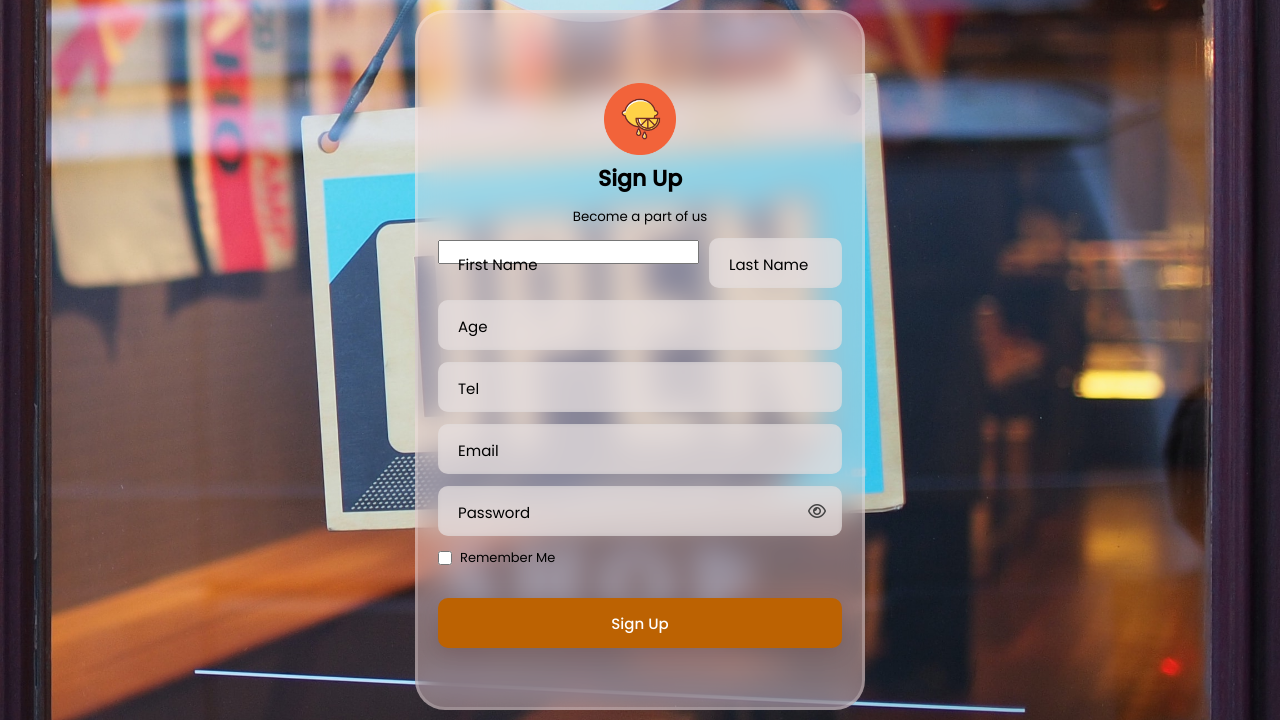
Repository: MauDucKG/BigFarm
Page: http://localhost/BigFarm/views/main/register/index.php?page=main&controller=register&action=submit
These files come from the project's save history. The page is drawn as it stood at one moment and after the next save; the edit follows.
The browser window is 1280 px wide. The pictures show the whole page.
Some web libraries are served in a nearby version. The page is run by PHP 8.4 with error messages shown; the project is at /var/www/html/.

Above is the page before, as saved 2023-04-26 20:29:16.

### views/main/register/index.php
<!DOCTYPE html>
<html lang="en">

<head>
	<meta charset="utf-8">
	<meta name="viewport" content="width=device-width, initial-scale=1">
	<title>Register</title>
	<!-- <link href="https://cdn.jsdelivr.net/npm/bootstrap@5.2.2/dist/css/bootstrap.min.css" rel="stylesheet" integrity="sha384-Zenh87qX5JnK2Jl0vWa8Ck2rdkQ2Bzep5IDxbcnCeuOxjzrPF/et3URy9Bv1WTRi" crossorigin="anonymous"> -->
	<link rel="stylesheet" href="assets/stylesheets/register.css">
    <script src="https://kit.fontawesome.com/4ccf3877a2.js" crossorigin="anonymous"></script>
    <!-- <style>
        @import url('https://fonts.googleapis.com/css2?family=Poppins:wght@400;500&display=swap');
body{
    background: url("https://images.unsplash.com/photo-1472851294608-062f824d29cc?ixlib=rb-4.0.3&ixid=MnwxMjA3fDB8MHxwaG90by1wYWdlfHx8fGVufDB8fHx8&auto=format&fit=crop&w=2304&q=80");
    background-size: cover;
    background-position: center;
    background-repeat: no-repeat;
    background-attachment: fixed;
}
*{
    margin: 0;
    padding: 0;
    box-sizing: border-box;
    font-family: 'Poppins',sans-serif;
}
.wrapper{
    display: flex;
    justify-content: center;
    align-items: center;
    min-height: 100vh;
    width: 100%;
}
.box{
    display: flex;
    flex-direction: row;
    position: relative;
    padding: 60px 20px 30px 20px;
    height: 700px;
    width: 450px;
    background-color: rgba(255, 220, 220, 0.4);
    border-radius: 30px;
    -webkit-backdrop-filter: blur(15px);
    backdrop-filter: blur(15px);
    border: 3px solid rgba(255, 255, 255, 0.2);
    overflow: hidden;
}
.box-register{
    position: absolute;
    width: 85%;
    right: -350px;
    transition: .5s ease-in-out;
}
.top-header{
    text-align: center;
    margin: 10px auto;
}
.top-header h3{
    font-size: 22px;
    font-weight: 600;
    margin-bottom: 8px;
}
.input-group{
    width: 100%;
}
.input-field{
    width: 100%;
    margin-bottom: 12px;
    position: relative;
}
.input-box{
    width: 100%;
    height: 50px;
    font-size: 15px;
    color: #040404;
    border: none;
    border-radius: 10px;
    padding: 7px 45px 0 20px;
    background: rgba(224, 223, 223, 0.6);
    -webkit-backdrop-filter: blur(2px);
    backdrop-filter: blur(2px);
    outline: none;
}
.input-field label{
    position: absolute;
    left: 20px;
    top: 15px;
    font-size: 15px;
    transition: .3s ease-in-out;
}
.input-box:focus ~ label,.input-box:valid ~ label{
    top: 2px;
    font-size: 10px;
    color: #c12828;
    font-weight: 500;
}
.eye-area{
    position: absolute;
    top: 25px;
    right: 25px;
}
.eye-box{
    display: flex;
    justify-content: center;
    align-items: center;
    position: relative;
}
i{
    position: absolute;
    color: #444444;
    cursor: pointer;
}
#eye,#eye-2{
    opacity: 1;
}
#eye-slash,#eye-slash-2{
    opacity: 0;
}
.remember{
    display: flex;
    font-size: 13px;
    margin: 12px 0 30px 0;
    color: #000;
}
.check{
    margin-right: 8px;
    width: 14px;
}
.input-submit{
    width: 100%;
    height: 50px;
    font-size: 15px;
    font-weight: 500;
    border: none;
    border-radius: 10px;
    background: #bc6202;
    color: #fff;
    box-shadow: 0px 4px 20px rgba(62, 9, 9, 0.145);
    cursor: pointer;
    transition: .4s;
}
.input-submit:hover{
    background: #db3e00;
    box-shadow: 0px 4px 20px rgba(62, 9, 9, 0.32);
}
#btn{
    position: absolute;
    bottom: 0;
    left: 0;
    width: 145px;
    height: 50px;
    background: #cccccd;
    border-radius: 10px;
    box-shadow: 2px 0px 12px rgba(0, 0, 0, 0.1);
    transition: .5s ease-in-out;
}
.name-box{
    display: flex;
    column-gap: 10px;
}
.name-box .input-box{
    width: 100%;
}
.name-box .input-field{
    width: 100%;
}
    </style> -->
</head>

<body>
    <div class="wrapper">
        <div class="box">
        <form action="index.php?page=main&controller=register&action=submit" method="POST" class="text-right">
            <div class="register-box" id="regUser">
                <div class="top-header">
                    <img src="assets/images/team_logo.png" alt="" width="72" height="72">
                    <h3>Sign Up</h3>
                    <small>Become a part of us</small>
                </div>
                <div class="input-group">
                    <div class="name-box">
                        <div class="input-field">
                            <input type="text" id="fname" name="fmane" required>
                            <label for="regUser">First Name</label>
                        </div>
                        <div class="input-field">
                            <input type="text" class="input-box" id="regUser" required>
                            <label for="regUser">Last Name</label>
                        </div>
                    </div>
                    <div class="input-field">
                        <input type="text" class="input-box" id="regUser" required>
                        <label for="regUser">Age</label>
                    </div>
                    <div class="input-field">
                        <input type="text" class="input-box" id="regUser" required>
                        <label for="regUser">Tel</label>
                    </div>
                    <div class="input-field">
                        <input type="text" class="input-box" id="email" name="email" required>
                        <label for="regUser">Email</label>
                    </div>
                    <div class="input-field">
                        <input type="password" class="input-box" id="pass" name="pass" required>
                        <label for="regPassword">Password</label>
                         <div class="eye-area">
                                <div class="eye-box" onclick="myRegPassword()">
                                    <i class="fa-regular fa-eye" id="eye-2"></i>
                                    <i class="fa-regular fa-eye-slash" id="eye-slash-2"></i>
                                </div>
                         </div>
                    </div>
                        <!-- <div class="input-field">
                            <input type="text" class="input-box" id="regUser" required>
                            <label for="regUser">Telephone number</label> -->
                        <!-- </div>
                        <div class="input-field">
                            <input type="radio" class="input-box" id="regUser" required>
                            <label for="regUser">Male</label>
                        </div>
                        <div class="input-field">
                            <input type="radio" class="input-box" id="regUser" required>
                            <label for="regUser">Female</label>
                        </div> -->
                    <div class="remember">
                        <input type="checkbox" id="formCheck-2" class="check">
                        <label for="formCheck-2">Remember Me</label>
                    </div>
                    <div class="input-field">
                        <input type="submit" class="input-submit" value="Sign Up">
                    </div>
                </div>
          </div>
        </form>
        </div>
    </div>
    <script>
        function myRegPassword(){
            var d = document.getElementById('regPassword');
            var b = document.getElementById("eye-2");
            var c = document.getElementById("eye-slash-2");
            if(d.type === "password"){
                d.type = "text"
                b.style.opacity = "0";
                c.style.opacity = "1";
            }else{
                d.type = "password"
                b.style.opacity = "1";
                c.style.opacity = "0";
            }
        }
    </script>
</body>

</html>

### assets/stylesheets/register.css
@import url('https://fonts.googleapis.com/css2?family=Poppins:wght@400;500&display=swap');
body{
    background: url("/BigFarm/assets/images/mike-petrucci-c9FQyqIECds-unsplash.jpg");
    background-size: cover;
    background-position: center;
    background-repeat: no-repeat;
    background-attachment: fixed;
}
*{
    margin: 0;
    padding: 0;
    box-sizing: border-box;
    font-family: 'Poppins',sans-serif;
}
.wrapper{
    display: flex;
    justify-content: center;
    align-items: center;
    min-height: 100vh;
    width: 100%;
}
.box{
    display: flex;
    flex-direction: row;
    position: relative;
    padding: 60px 20px 30px 20px;
    height: 700px;
    width: 450px;
    background-color: rgba(255, 220, 220, 0.4);
    border-radius: 30px;
    -webkit-backdrop-filter: blur(15px);
    backdrop-filter: blur(15px);
    border: 3px solid rgba(255, 255, 255, 0.2);
    overflow: hidden;
}
.box-register{
    position: absolute;
    width: 85%;
    right: -350px;
    transition: .5s ease-in-out;
}
.top-header{
    text-align: center;
    margin: 10px auto;
}
.top-header h3{
    font-size: 22px;
    font-weight: 600;
    margin-bottom: 8px;
}
.input-group{
    width: 100%;
}
.input-field{
    width: 100%;
    margin-bottom: 12px;
    position: relative;
}
.input-box{
    width: 100%;
    height: 50px;
    font-size: 15px;
    color: #040404;
    border: none;
    border-radius: 10px;
    padding: 7px 45px 0 20px;
    background: rgba(224, 223, 223, 0.6);
    -webkit-backdrop-filter: blur(2px);
    backdrop-filter: blur(2px);
    outline: none;
}
.input-field label{
    position: absolute;
    left: 20px;
    top: 15px;
    font-size: 15px;
    transition: .3s ease-in-out;
}
.input-box:focus ~ label,.input-box:valid ~ label{
    top: 2px;
    font-size: 10px;
    color: #c12828;
    font-weight: 500;
}
.eye-area{
    position: absolute;
    top: 25px;
    right: 25px;
}
.eye-box{
    display: flex;
    justify-content: center;
    align-items: center;
    position: relative;
}
i{
    position: absolute;
    color: #444444;
    cursor: pointer;
}
#eye,#eye-2{
    opacity: 1;
}
#eye-slash,#eye-slash-2{
    opacity: 0;
}
.remember{
    display: flex;
    font-size: 13px;
    margin: 12px 0 30px 0;
    color: #000;
}
.check{
    margin-right: 8px;
    width: 14px;
}
.input-submit{
    width: 100%;
    height: 50px;
    font-size: 15px;
    font-weight: 500;
    border: none;
    border-radius: 10px;
    background: #bc6202;
    color: #fff;
    box-shadow: 0px 4px 20px rgba(62, 9, 9, 0.145);
    cursor: pointer;
    transition: .4s;
}
.input-submit:hover{
    background: #db3e00;
    box-shadow: 0px 4px 20px rgba(62, 9, 9, 0.32);
}
#btn{
    position: absolute;
    bottom: 0;
    left: 0;
    width: 145px;
    height: 50px;
    background: #cccccd;
    border-radius: 10px;
    box-shadow: 2px 0px 12px rgba(0, 0, 0, 0.1);
    transition: .5s ease-in-out;
}
.name-box{
    display: flex;
    column-gap: 10px;
}
.name-box .input-box{
    width: 100%;
}
.name-box .input-field{
    width: 100%;
}

After the next save:
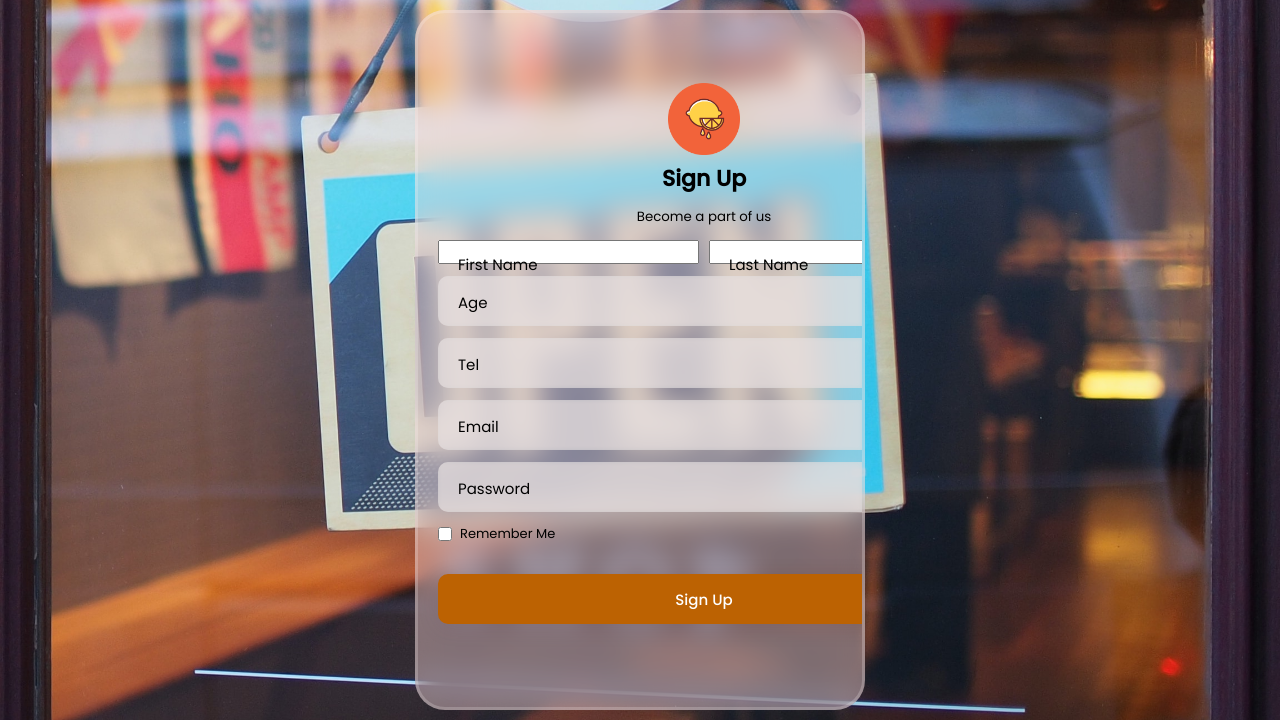
Saved 23 s later.
--- a/views/main/register/index.php
+++ b/views/main/register/index.php
@@ -183,7 +183,7 @@ i{
                             <label for="regUser">First Name</label>
                         </div>
                         <div class="input-field">
-                            <input type="text" class="input-box" id="regUser" required>
+                            <input type="text" id="lname" name="lname" required>
                             <label for="regUser">Last Name</label>
                         </div>
                     </div>
